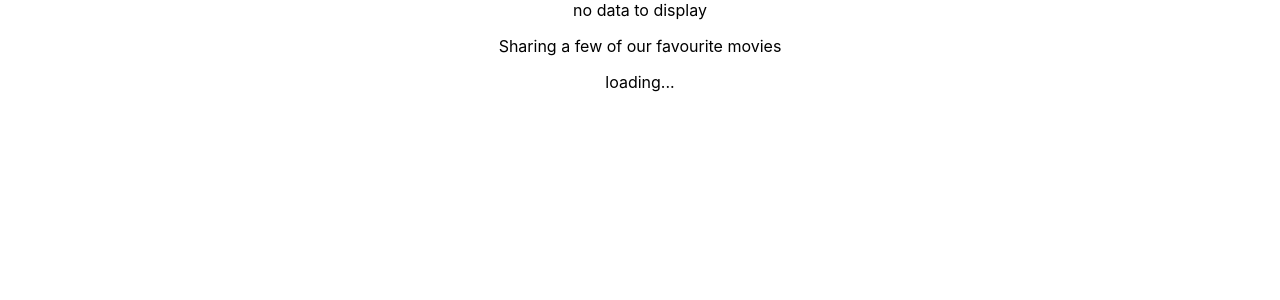
Repository: jklodge/lodge-creates
Page: / (app in plentific-search/)
The author's editor kept a copy of each file at every save. The page is drawn from the files as they stood at one save, then again after the next save.
The browser window is 1280 px wide. The pictures show the whole page.
The page's requests for data from a server got no answer. The project was rebuilt for these pictures with package versions that can differ from the ones it lists, and the page was loaded fresh each time. No one was signed in, and anything a server would have sent is missing. Also part of the build but not shown: plentific-search/src/Components/Search.js.

Above is the page before, as saved 2020-01-12 11:55:55.

After the next save:
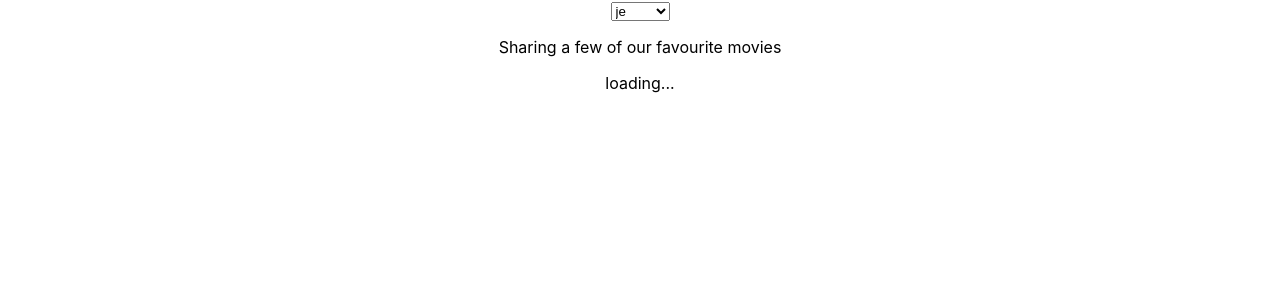
Saved 97 s later.
--- a/plentific-search/src/Components/DropDown.js
+++ b/plentific-search/src/Components/DropDown.js
@@ -1,9 +1,10 @@
 import React, { useState, useEffect } from "react";
 import axios from "axios";
+import { stat } from "fs";
 export const DropDown = () => {
   // const [selectedCat, setCategory] = useState("Category");
   const [state, setState] = useState({
-    data: [],
+    data: ["je", "ad", "adsda"],
     search: ""
   });
 
@@ -33,11 +34,11 @@ export const DropDown = () => {
         className="browser-default custom-select"
       >
         {state.data.name}
-        {/* {List.map((category, key) => (
-        <option key={key} value={category}>
-          {category}
-        </option>
-      ))} */}
+        {state.data.map((category, key) => (
+          <option key={key} value={category}>
+            {category}
+          </option>
+        ))}
       </select>
     </div>
   );
